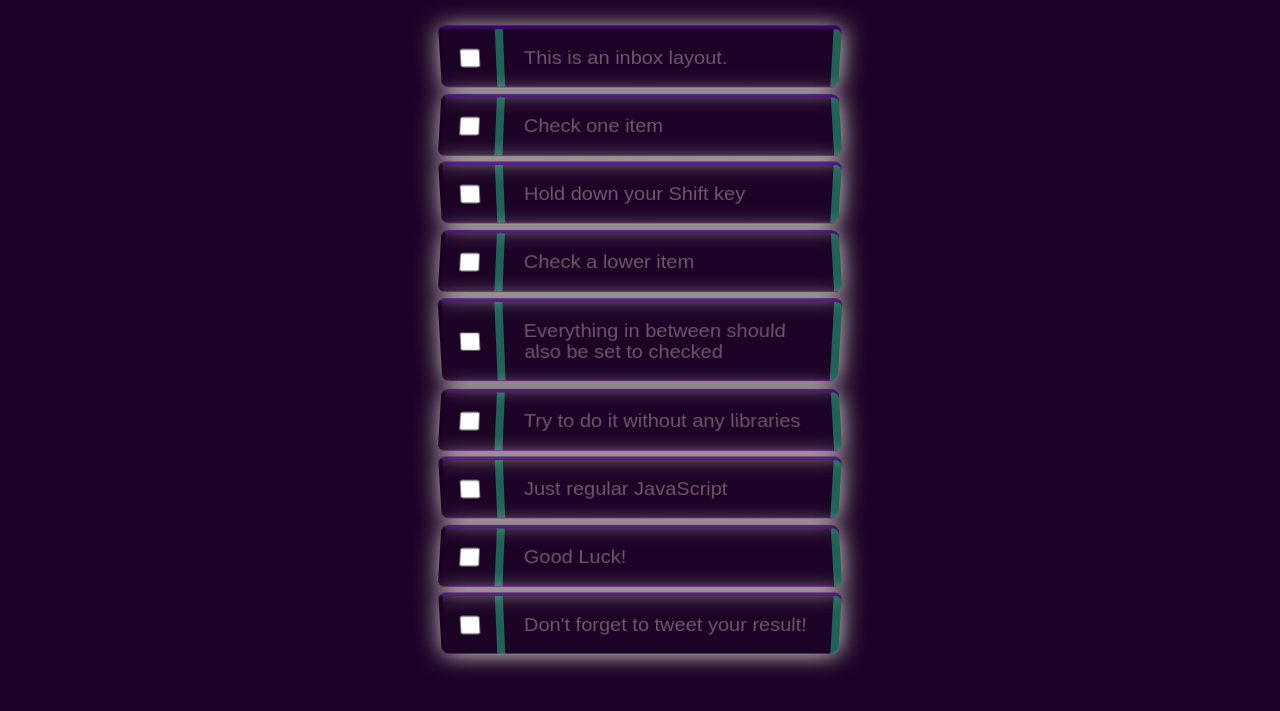
Repository: Freezler/Shift-Select-Checkboxes
Page: index.html
These files come from the project's save history. The page is drawn as it stood at one moment and after the next save; the edit follows.
The browser window is 1280 px wide. The pictures show the whole page.

Above is the page before, as saved 2024-09-07 23:18:21.

After the next save:
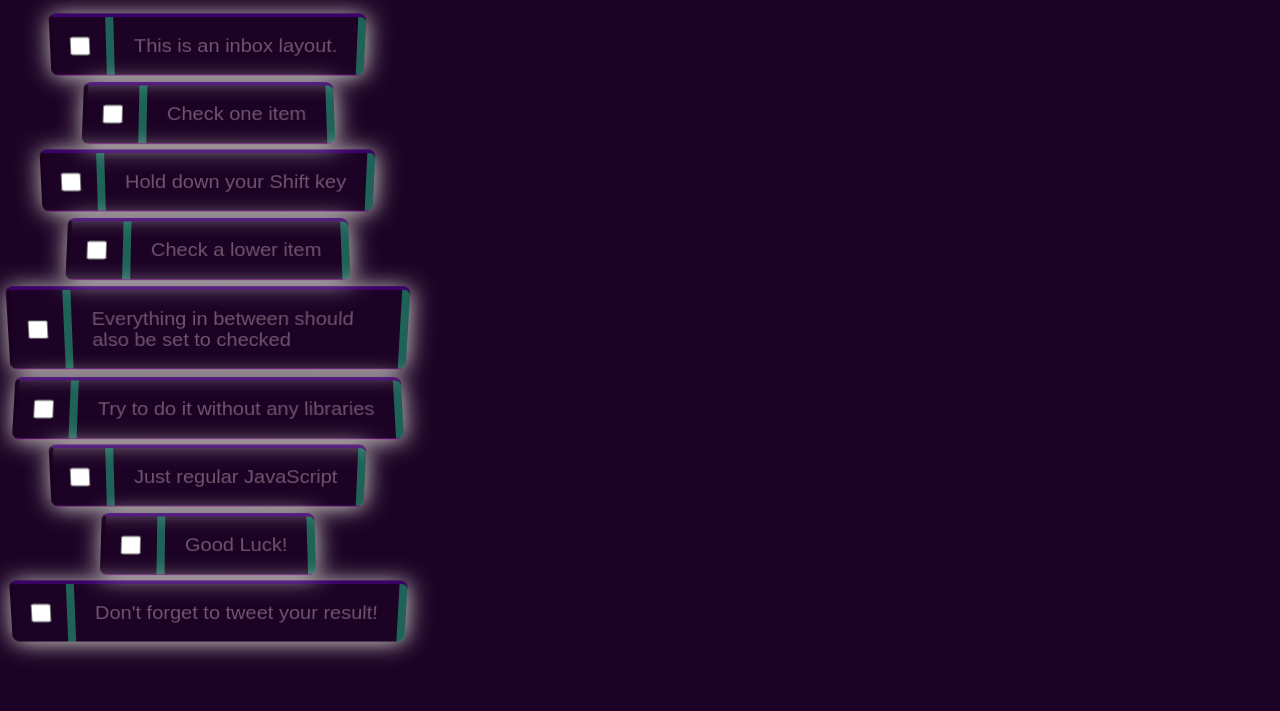
Saved 37 s later.
--- a/index.html
+++ b/index.html
@@ -27,7 +27,7 @@
 
     .inbox {
       max-width: 400px;
-      margin: 20px auto;
+      place-items: center;
       gap: 0px;
       border-radius: 5px;
       display: flex;
